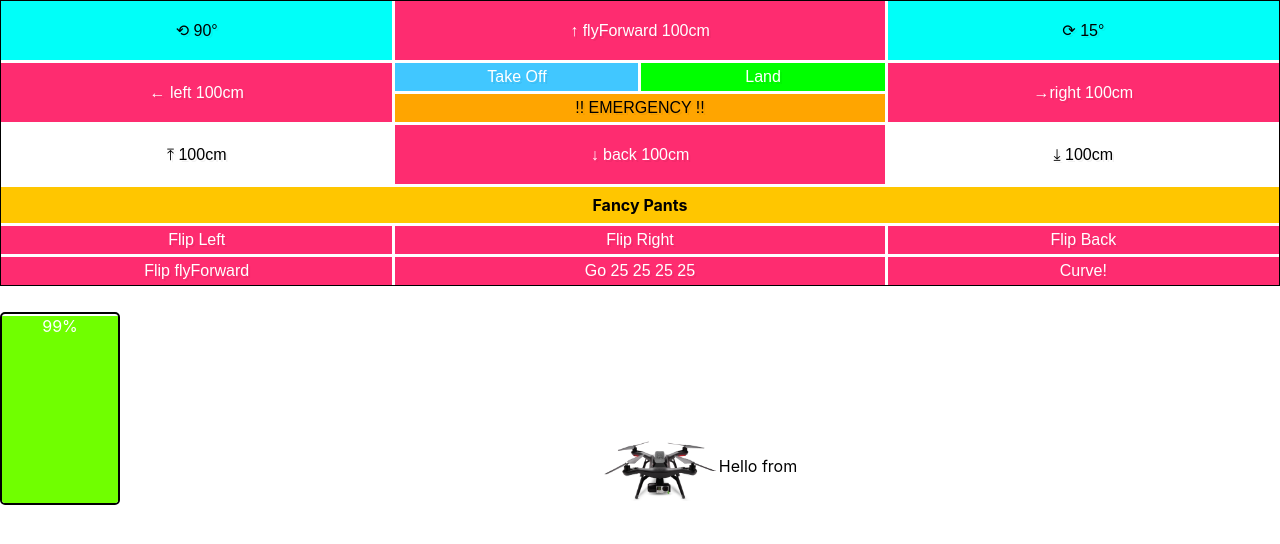
Repository: JivkoJelev91/Drone-Simulator
Page: /
These files come from the project's save history. The page is drawn as it stood at one moment and after the next save; the edit follows.
The browser window is 1280 px wide. The pictures show the whole page.
The project was rebuilt for these pictures with package versions that can differ from the ones it lists, and the page was loaded fresh each time.

Above is the page before, as saved 2018-12-20 16:23:52.

After the next save:
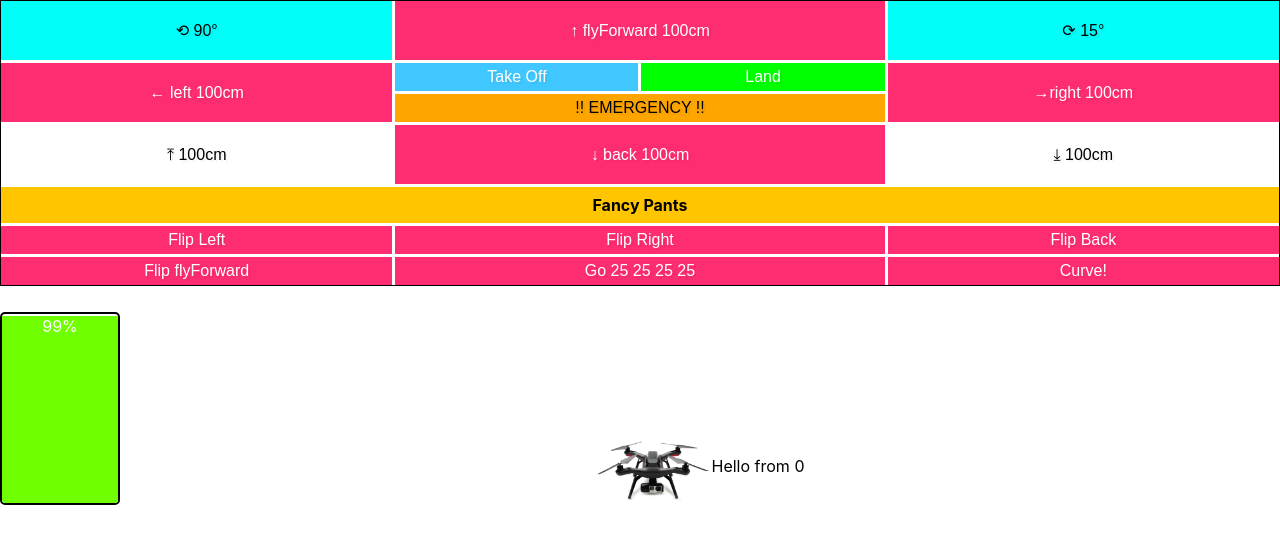
Saved 32 s later.
--- a/src/Buttons/Drone.js
+++ b/src/Buttons/Drone.js
@@ -9,15 +9,13 @@
   }
   render() {
     return (
-
-
           <div className="parentDrone">
             <div className="drone">
               <img src={dronePic} alt="drone"/>
             </div>
             <CommandState.Consumer>
               {(context) => (
-                <p>Hello from {console.log(context)} </p>
+                <p>Hello from {context.forward} </p>
                   )}
             </CommandState.Consumer>
           </div>

After the 2 saves that followed:
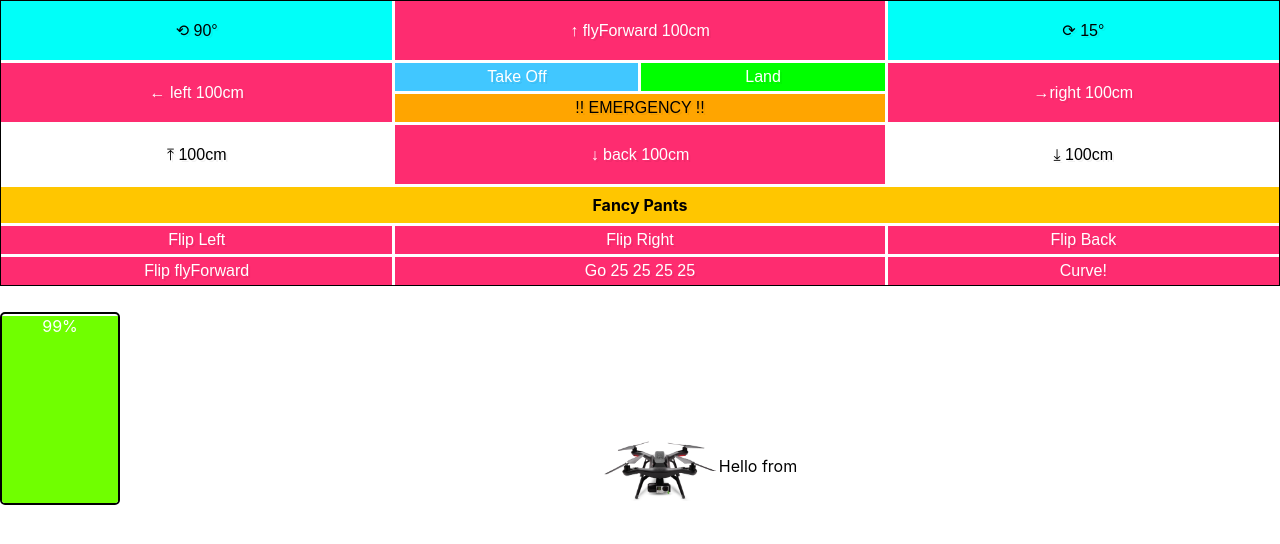
The 2 saves are shown as one change because 1 left the picture as it was.
The last was saved 76 s later.
--- a/src/Buttons/Buttons.js
+++ b/src/Buttons/Buttons.js
@@ -92,7 +92,7 @@
     return (
       <div className="CommandGrid">
       <CommandState.Provider value={{
-        state: this.state
+        forward: this.state.forward
       }}>
       {this.props.children}
       </CommandState.Provider>
--- a/src/ContextApi/StateContext.js
+++ b/src/ContextApi/StateContext.js
@@ -1,11 +1,9 @@
 import * as React from 'react';
 
 export const commands = {
-    state: {
-        forward: 0,
-    }
+    forward: 0,
 };
 
 export const CommandState = React.createContext(
-    commands.state // default value
+    commands.forward // default value
 );
